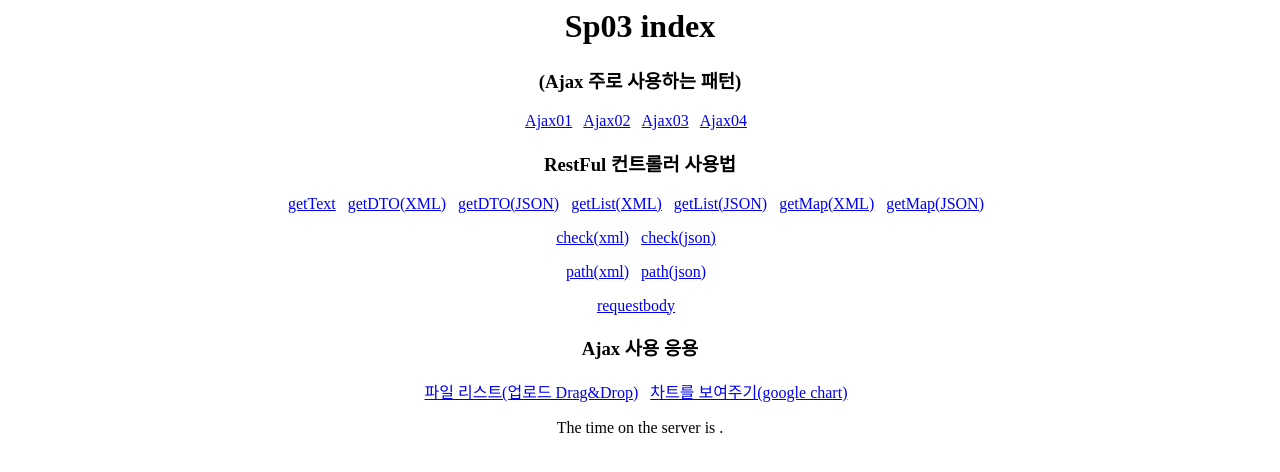
Repository: betweenhj702/Spring-practice-in-bit
Page: http://localhost/Sp03/WEB-INF/views/index.jsp
An editor plug-in stored every save of this project. The page is shown before and after the next save, followed by the edit.
The browser window is 1280 px wide. The pictures show the whole page.
The page is served by Tomcat 9. Nobody is signed in. Other server files are loaded and not shown. The template is opened directly, without the code that normally fills it, so the values that code supplies are empty.

Above is the page before, as saved 2021-01-26 03:43:11.

### workspace/Sp03/src/main/webapp/WEB-INF/views/index.jsp
<%@ taglib uri="http://java.sun.com/jsp/jstl/core" prefix="c" %>
<%@ page contentType="text/html; charset=utf-8" %>
<html>
<head>
	<title>Home</title>
</head>
<body>
<div style="text-align:center">
		   <h1>Sp03 index </h1>
		   <h3>(Ajax 주로 사용하는 패턴)</h3>
		   <p>
		   		<a href="ajax/test01.do">Ajax01</a>&nbsp;&nbsp;
		   		<a href="ajax/test02.do">Ajax02</a>&nbsp;&nbsp;
		   		<a href="ajax/test03.do">Ajax03</a>&nbsp;&nbsp;
		   		<a href="ajax/test04.do">Ajax04</a>&nbsp;&nbsp;
		   </p>
		   <p>
		   		<h3>RestFul 컨트롤러 사용법</h3>
		   		<a href="rest/getText">getText</a>&nbsp;&nbsp;
		   		<a href="rest/getAddress">getDTO(XML)</a>&nbsp;&nbsp;
		   		<a href="rest/getAddress.json">getDTO(JSON)</a>&nbsp;&nbsp;
		   		<a href="rest/getList">getList(XML)</a>&nbsp;&nbsp;
		   		<a href="rest/getList.json">getList(JSON)</a>&nbsp;&nbsp;
		   		<a href="rest/getMap">getMap(XML)</a>&nbsp;&nbsp;
		   		<a href="rest/getMap.json">getMap(JSON)</a>&nbsp;&nbsp;
		   </p>
		   <p>
		   		<a href="rest/check?height=170&weight=70">check(xml)</a>&nbsp;&nbsp;
		   		<a href="rest/check.json?height=140&weight=45">check(json)</a>&nbsp;&nbsp;
		   </p>
		   <p>
		   		<a href="rest/product/bag/001">path(xml)</a>&nbsp;&nbsp;
		   		<a href="rest/product/bag/002.json">path(json)</a>&nbsp;&nbsp;
		   </p>
		   <p>
		   		<a href="ajax/requestbody.do">requestbody</a>&nbsp;&nbsp;

		   </p>
		    <p>
		    	<h3>Ajax 사용 응용</h3>
		   		<a href="file/list.do">파일 리스트(업로드 Drag&Drop)</a>&nbsp;&nbsp;
		   		<a href="file/list.do">차트를 보여주기(google chart)</a>&nbsp;&nbsp;
		   </p>
		   <P>  The time on the server is ${serverTime}. </P>
</div>



</body>
</html>

After the next save:
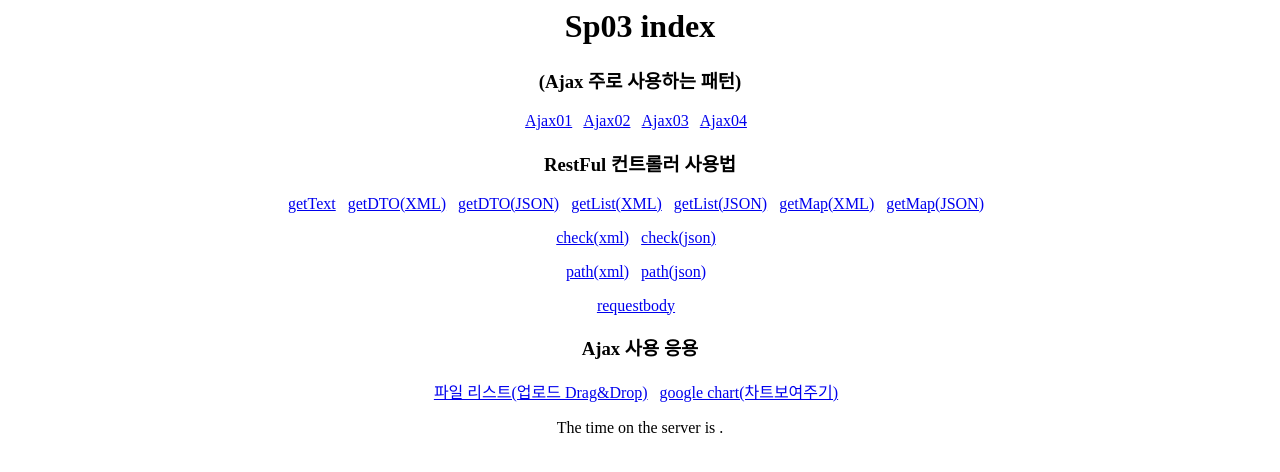
Saved 50 s later.
--- a/workspace/Sp03/src/main/webapp/WEB-INF/views/index.jsp
+++ b/workspace/Sp03/src/main/webapp/WEB-INF/views/index.jsp
@@ -39,7 +39,7 @@
 		    <p>
 		    	<h3>Ajax 사용 응용</h3>
 		   		<a href="file/list.do">파일 리스트(업로드 Drag&Drop)</a>&nbsp;&nbsp;
-		   		<a href="file/list.do">차트를 보여주기(google chart)</a>&nbsp;&nbsp;
+		   		<a href="chart/chart.do">google chart(차트보여주기)</a>&nbsp;&nbsp;
 		   </p>
 		   <P>  The time on the server is ${serverTime}. </P>
 </div>
